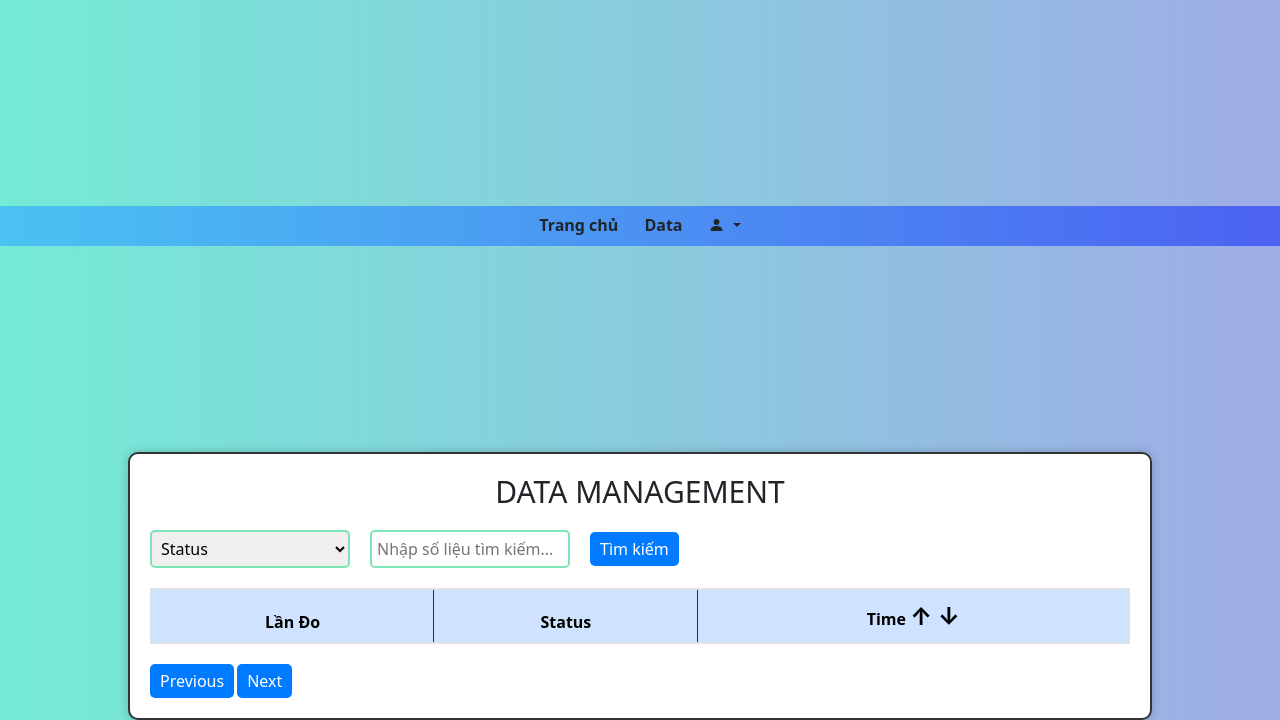
Repository: ndmq03102002/BTL_IOT
Page: Fontend_IOT/iot/history.html
An editor plug-in stored every save of this project. The page is shown before and after the next save, followed by the edit.
The browser window is 1280 px wide. The pictures show the whole page.
The page's requests for data from a server got no answer. Some web libraries are served in a nearby version.

Above is the page before, as saved 2023-11-04 22:33:59.

### Fontend_IOT/iot/history.html
<!DOCTYPE html>
<html lang="en">
<head>
    <meta charset="UTF-8">
    <meta name="viewport" content="width=device-width, initial-scale=1.0">
    <title>Document</title>
    <link rel="stylesheet" href="style.css">
    <link rel="stylesheet" href="bootstrap/css/bootstrap.css">
    <script src="https://cdnjs.cloudflare.com/ajax/libs/Chart.js/2.9.4/Chart.js"></script>
    <script src="https://kit.fontawesome.com/1be2f108e2.js" crossorigin="anonymous"></script>
    <link rel="stylesheet" href="https://cdn.jsdelivr.net/npm/bootstrap-icons@1.10.5/font/bootstrap-icons.css">
    <link rel="stylesheet" href="https://cdnjs.cloudflare.com/ajax/libs/font-awesome/6.0.0/css/all.min.css" integrity="sha512-9usAa10IRO0HhonpyAIVpjrylPvoDwiPUiKdWk5t3PyolY1cOd4DSE0Ga+ri4AuTroPR5aQvXU9xC6qOPnzFeg==" crossorigin="anonymous" referrerpolicy="no-referrer" />
    <style>
        body {
            background: linear-gradient(to right, #74ebd5, #9face6);
            min-height: 100vh;
            margin: 0;
            display: flex;
            flex-direction: column;
            align-items: center;
            justify-content: center;
        }

        .container {
            background-color: white;
            border: 2px solid #333;
            border-collapse: collapse;
            width: 80%;
            padding: 20px;
            box-shadow: 0 0 10px rgba(0, 0, 0, 0.2);
            border-radius: 10px;
        }

        .search-container {
            margin: 20px 0;
            display: flex;
            align-items: center;
        }

        input, select {
            color: #000;
            width: 200px;
            border: 2px solid #75e4b0ed;
            margin-right: 20px;
            padding: 5px;
            border-radius: 5px;
        }

        table {
            width: 100%;
            border-collapse: collapse;
            border: 2px solid #333;
            background-color: white;
            margin-top: 20px;
        }

        th, td {
            border: 1px solid #333;
            padding: 10px;
            text-align: center;
        }

        th {
            background-color: #007BFF;
            color: white;
        }

        .pagination {
            margin-top: 20px;
            display: flex;
            list-style: none;
            padding: 0;
        }

        .page-item {
            margin-right: 10px;
        }

        .page-link {
            text-decoration: none;
            background-color: #007BFF;
            color: #fff;
            padding: 5px 10px;
            border-radius: 5px;
        }

        .page-link:hover {
            background-color: #0056b3;
        }

        .sort-icon {
            font-size: 24px;
            cursor: pointer;
        }

        button {
            border-radius: 5px;
            margin-right: 3px;
            background-color: #007BFF;
            color: #fff;
            border: none;
            padding: 5px 10px;
        }
    </style>
</head>
<header style="width: 100%; height: 40px; margin :auto;background: linear-gradient(to right, #4ac2f2, #4c62f2)">
    <div class="col-sm-12 data">
        <a href="index.html" class="btn" style="font-weight: bold;">Trang chủ</a>
        <a href="data.html" class="btn" style="font-weight: bold;">Data</a>
        <div class="btn-group" >
            <a class="btn btn-white dropdown-toggle"  href="#" role="button" data-bs-toggle="dropdown" aria-expanded="false">
                <i class="bi bi-person-fill"></i>
            </a>
            <ul class="dropdown-menu">
                <li><a href="javascript:" class="dropdown-item"><i class="bi bi-person"></i> MSV: B20DCCN567</a></li>
                <li><a href="javascript:" class="dropdown-item"><i class="bi bi-phone"></i> Phone: 0961264306</a></li>
                <li><a href="message.html" class="dropdown-item"><i class="bi bi-envelope"></i> Email: Nguyendinhmanhquynh@gmail.com</a></li>
            </ul>
          </div>
    </div>
</header>
<body>
    <div class="container">
        <h1 style="text-align: center; font-size: 30px;">DATA MANAGEMENT</h1>
        <div class="search-container">
            <select id="searchColumn">
                <option value="status">Status</option>
                <option value="Time">Time</option>
            </select>
            <input type="text" id="searchInput" placeholder="Nhập số liệu tìm kiếm...">
            <button id="searchButton">Tìm kiếm</button>
        </div>
        <table class="table table-hover">
            <thead class="table-primary">
                <tr>
                    <th>Lần Đo</th>
                    <th>Status</th>
                    <th>
                        Time
                        <span value="time" id="sort-by-time-incre" class="sort-icon">   &#x2191; </span>
                        <span value="time" id="sort-by-time-decre" class="sort-icon">   &#x2193;</span>
                    </th>
                </tr>
            </thead>
            <tbody>
                <!-- data from database -->
            </tbody>
        </table>
        <div class="pagination">
            <button id="prevBtn">Previous</button>
            <div id="pageBtns"></div>
            <button id="nextBtn">Next</button>
        </div>
    </div>

</body>
<script src="historyJs.js"></script>
<script src="jquery.js"></script>
    <script src="popper.min.js"></script>
    <script src="bootstrap/js/bootstrap.min.js"></script>
</html>

### Fontend_IOT/iot/style.css
html {
  margin: 0;
  padding: 0;
}
.data {
  display: flex;
  justify-content: center;
  align-items: center;
}
.data a:hover{
  color: white;
}

.block {
  width: 100%;
  height: 200px;
  margin-right: 0px;
  margin-bottom: 27px;
  background-color: #9fb4d0;

  box-shadow: 0px 0px 5px 2px rgba(97, 95, 151, 0.47);
  border-radius: 3%;
}
.block1 {
  width: 100%;
  height: 200px;
  margin-right: 0px;
  margin-bottom: 27px;
  background: linear-gradient(to right, #f2994a, #f2c94c);
}
.block2 {
  width: 100%;
  height: 200px;
  margin-right: 0px;
  margin-bottom: 27px;
  background: linear-gradient(to right, #4ac2f2, #1a6f7c);
}
.block3 {
  width: 100%;
  height: 200px;
  margin-right: 0px;
  margin-bottom: 27px;
  background: linear-gradient(to right, #f8d90f, #f2ff00);
}
.block4 {
  width: 100%;
  height: 200px;
  margin-right: 0px;
  margin-bottom: 27px;
  background: linear-gradient(to right, #f8d90f, #f2ff00);
}
.abc {
  margin-bottom: 30px;
}
.col-pd {
  padding: 20px;
}
.block-size {
  font-size: 40px;
  font-weight: bold;
  text-align: center;
}
.fan {
  width: 200px;
  height: 200px;
  position: relative;
}

.blade {
  width: 0;
  height: 0;
  position: absolute;
  top: 10%;
  left: 170%;
  transform-origin: 0 50%;
  background-color: #000000;
  border-radius: 50%;
}

.blade-1 {
  width: 50px;
  height: 80px;
  clip-path: polygon(0 50%, 100% 0, 50% 50%);
  transform: rotate(0deg);
  /* animation: rotateFan1 1s linear infinite; */
}

.blade-2 {
  width: 50px;
  height: 80px;
  clip-path: polygon(0 50%, 100% 0, 50% 50%);
  transform: rotate(120deg);
  /* animation: rotateFan2 1s linear infinite; */
}

.blade-3 {
  width: 50px;
  height: 80px;
  clip-path: polygon(0 50%, 100% 0, 50% 50%);
  transform: rotate(240deg);
  /* animation: rotateFan3 1s linear infinite; */
}

@keyframes rotateFan2 {
  to {
    transform: rotate(480deg);
  }
}
@keyframes rotateFan1 {
  to {
    transform: rotate(360deg);
  }
}
@keyframes rotateFan3 {
  to {
    transform: rotate(600deg);
  }
}
.button {
  display: flex;
  flex-direction: row;
  justify-content: space-between;
}

.button .btn-success {
  margin-right: 10px; /* Thêm khoảng cách bên phải cho nút "ON" */
}
.light {
  width: 200px;
  height: 200px;
}
.light img {
  width: 50%;
  height: auto;
  margin-left: 150%;
}
.gas {
  width: 200px;
  height: 200px;
}
.gas img {
  width: 50%;
  height: auto;
  margin-left: 150%;
}

.warning {
  animation: blinkAnimation 0.2s infinite;
}
@keyframes blinkAnimation {
  0%, 100% {
      background-image: linear-gradient(to right,#410505, #420404);
  }
  50% {
      background-image: linear-gradient(to right,#c0b0b0, #c5b6b6);
  }
}

### Fontend_IOT/iot/historyJs.js
let dataFromSpringBoot = []
   function getTempAllData(){
       return fetch(`http://localhost:8080/status`)
        .then(function(response){
            return response.json();
        })
        .then(function(posts){
            dataFromSpringBoot=posts;
        })
        .catch(function(err){
            console.log(err);
        });
    }
    const itemsPerPage = 10;

   // Hàm để lấy dữ liệu cho trang cụ thể
   function getDataForPage(page,ArrayData) {
       const startIndex = (page - 1) * itemsPerPage;
       const endIndex = startIndex + itemsPerPage;
       return ArrayData.slice(startIndex, endIndex);
   }
   // Hiển thị dữ liệu lên bảng
function displayData(data) {
    const tbodyElement = document.querySelector("tbody")
    tbodyElement.innerHTML = ""; // Xóa dữ liệu cũ

    data.forEach(rowData => {
        const row = document.createElement("tr");
        row.innerHTML = `<td>${rowData.id}</td><td>${rowData.status}</td><td>${rowData.time}</td>`;
        tbodyElement.appendChild(row);
    });
}
function displayPage(page,ArrayData) {
    const data = getDataForPage(page,ArrayData);
    displayData(data);
}
getTempAllData().then(()=>{
    // Hiển thị dữ liệu đã phân trang
    const pageBtns = document.getElementById("pageBtns");
    const prevBtn = document.getElementById("prevBtn");
    const nextBtn = document.getElementById("nextBtn");

    let totalPages = Math.ceil(dataFromSpringBoot.length/10); // Đặt số trang dựa vào dữ liệu từ backend
     let currentPage = 1;
     displayPage(currentPage,dataFromSpringBoot)
     updatePaginationUI(totalPages,currentPage,dataFromSpringBoot);

     function createPageButtons(totalPages,ArrayData) {
        // console.log(totalPages)
        pageBtns.innerHTML = "";
        if (totalPages <= 8) {
            for (let i = 1; i <= totalPages; i++) {
                const pageButton = document.createElement("button");
                pageButton.textContent = i;
                pageButton.addEventListener("click", () => goToPage(totalPages,i,ArrayData));
                pageBtns.appendChild(pageButton);
            }
        } else {
            // Hiển thị 7 nút trang đầu, nút "..." và nút cuối cùng
            for (let i = 1; i <= 7; i++) {
                const pageButton = document.createElement("button");
                pageButton.textContent = i;
                pageButton.addEventListener("click", () => goToPage(totalPages,i,ArrayData));
                pageBtns.appendChild(pageButton);
            }
            const ellipsis = document.createElement("span");
            ellipsis.textContent = ". . . . . . .";
            pageBtns.appendChild(ellipsis);
            const lastPageButton = document.createElement("button");
            lastPageButton.textContent = totalPages;
            lastPageButton.addEventListener("click", () => goToPage(totalPages,totalPages,ArrayData));
            pageBtns.appendChild(lastPageButton);
        }

    }

    // Hàm cập nhật giao diện phân trang
    function updatePaginationUI(totalPages,currentPage,ArrayData) {
        createPageButtons(totalPages,ArrayData);
        if(currentPage === 1){
            prevBtn.classList.add("hidden");
        }
        else{
            prevBtn.classList.remove("hidden");
        }

        if(currentPage === totalPages){
            nextBtn.classList.add("hidden");
        }
        else{
            nextBtn.classList.remove("hidden");
        }

    }

    // Hàm chuyển đến trang được chọn
    function goToPage(totalPages,pageNumber,ArrayData) {
        currentPage = pageNumber;
        displayPage(pageNumber,ArrayData)
        updatePaginationUI(totalPages,pageNumber,ArrayData);
        // Thực hiện các tác vụ khác khi chuyển trang, ví dụ: lấy dữ liệu từ backend
    }
    if(totalPages==Math.ceil(dataFromSpringBoot.length/10)){

    // Sự kiện nút Previous
        prevBtn.addEventListener("click", () => {
            if (currentPage > 1) {
                goToPage(totalPages,currentPage - 1,dataFromSpringBoot);
            }
        });

        // Sự kiện nút Next
        nextBtn.addEventListener("click", () => {
            if (currentPage < totalPages) {
                goToPage(totalPages,currentPage + 1,dataFromSpringBoot);
            }
        });
    }

     //-----------------------------------------------------Search------------------------------------------------------------------
const searchInput = document.getElementById("searchInput");
const searchButton = document.getElementById("searchButton");
const searchColumn = document.getElementById("searchColumn");


function search() {
  const searchText = searchInput.value.trim().toLowerCase();
  const selectedColumn = searchColumn.value;

  let dataSearch = dataFromSpringBoot.filter((item) => {
    if (selectedColumn === "time") {
      return item[selectedColumn].toLowerCase().includes(searchText);
    }
    return item[selectedColumn] == searchText;
  });

  const totalPages = Math.ceil(dataSearch.length / itemsPerPage);
  let currentPage = 1;

  displayPage(currentPage, dataSearch);
  updatePaginationUI(totalPages, currentPage, dataSearch);

}

searchButton.addEventListener("click", search);

function Sort(columnSelect, isIncreasing) {
  dataFromSpringBoot.sort((a, b) => {
    const valA = a[columnSelect];
    const valB = b[columnSelect];
    if (columnSelect === "time") {
      return isIncreasing ? valA.localeCompare(valB) : valB.localeCompare(valA);
    }
    return isIncreasing ? valA - valB : valB - valA;
  });

  let totalPages = Math.ceil(dataFromSpringBoot.length / itemsPerPage);
  let currentPage = 1;
  displayPage(currentPage, dataFromSpringBoot);
  updatePaginationUI(totalPages, currentPage, dataFromSpringBoot);
}

document.getElementById("sort-by-time-incre").addEventListener("click", () => {
  Sort("time", true);
});

document.getElementById("sort-by-time-decre").addEventListener("click", () => {
  Sort("time", false);
});
})

Loaded but not shown: Fontend_IOT/iot/bootstrap/css/bootstrap.css (library); Fontend_IOT/iot/jquery.js (library); Fontend_IOT/iot/popper.min.js (library); Fontend_IOT/iot/bootstrap/js/bootstrap.min.js (library)

After the next save:
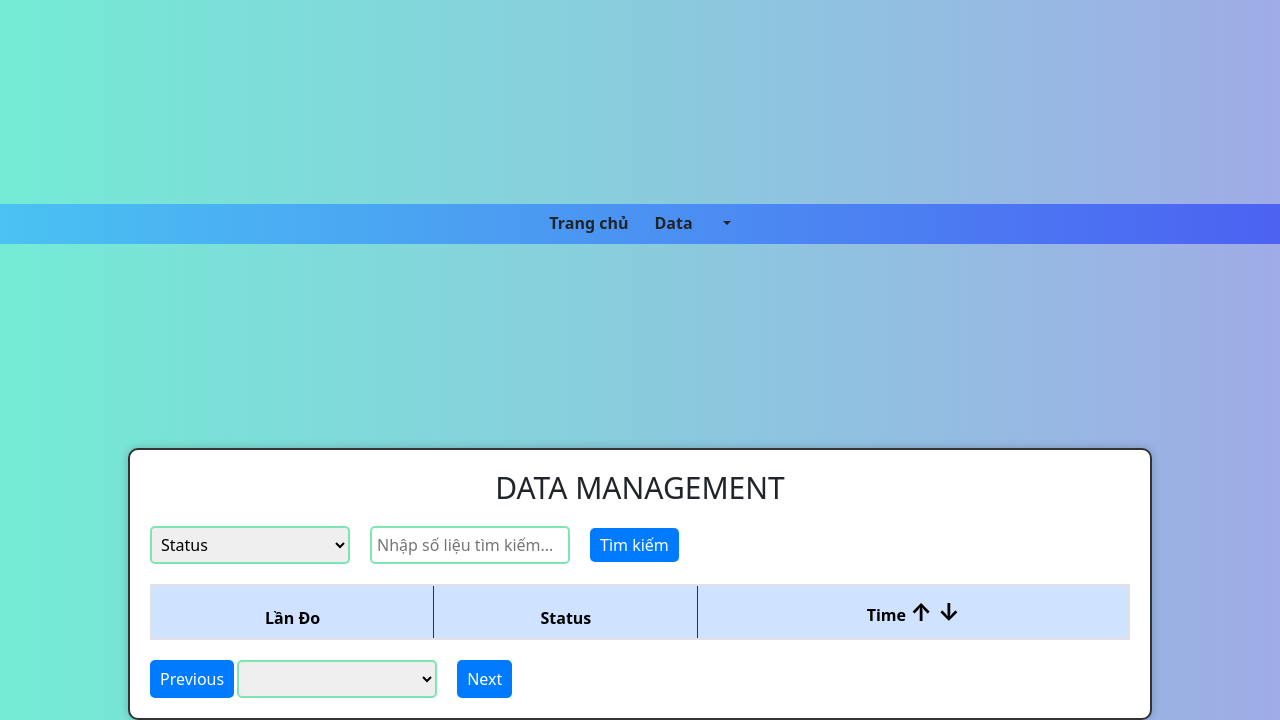
Saved 86 s later.
--- a/Fontend_IOT/iot/history.html
+++ b/Fontend_IOT/iot/history.html
@@ -6,10 +6,6 @@
     <title>Document</title>
     <link rel="stylesheet" href="style.css">
     <link rel="stylesheet" href="bootstrap/css/bootstrap.css">
-    <script src="https://cdnjs.cloudflare.com/ajax/libs/Chart.js/2.9.4/Chart.js"></script>
-    <script src="https://kit.fontawesome.com/1be2f108e2.js" crossorigin="anonymous"></script>
-    <link rel="stylesheet" href="https://cdn.jsdelivr.net/npm/bootstrap-icons@1.10.5/font/bootstrap-icons.css">
-    <link rel="stylesheet" href="https://cdnjs.cloudflare.com/ajax/libs/font-awesome/6.0.0/css/all.min.css" integrity="sha512-9usAa10IRO0HhonpyAIVpjrylPvoDwiPUiKdWk5t3PyolY1cOd4DSE0Ga+ri4AuTroPR5aQvXU9xC6qOPnzFeg==" crossorigin="anonymous" referrerpolicy="no-referrer" />
     <style>
         body {
             background: linear-gradient(to right, #74ebd5, #9face6);
@@ -148,7 +144,7 @@
         </table>
         <div class="pagination">
             <button id="prevBtn">Previous</button>
-            <div id="pageBtns"></div>
+            <select id="pageBtns"></select>
             <button id="nextBtn">Next</button>
         </div>
     </div>
